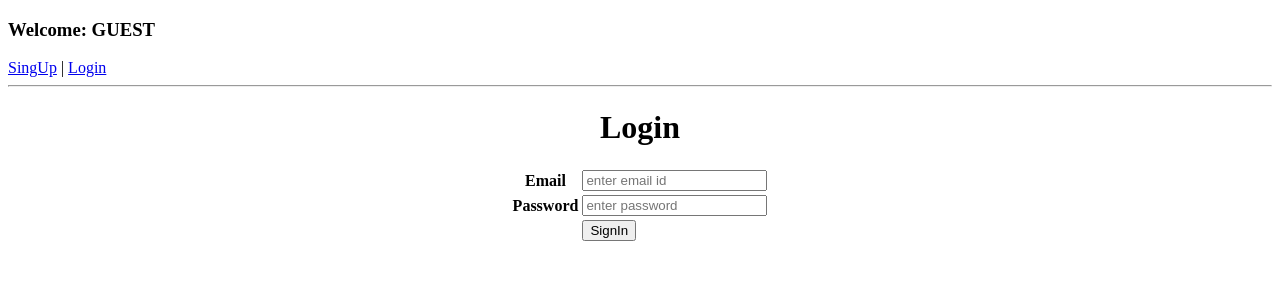
Repository: shadkhan8815/Advance-java
Page: http://localhost/Web-Project/LoginView.jsp
The author's editor kept a copy of each file at every save. The page is drawn from the files as they stood at one save, then again after the next save.
The browser window is 1280 px wide. The pictures show the whole page.
The page is served by Tomcat 9. Other server files are loaded and not shown.

Above is the page before, as saved 2025-04-24 10:12:40.

### Web-Project/WebContent/LoginView.jsp
<%@ page language="java" contentType="text/html; charset=ISO-8859-1"
	pageEncoding="ISO-8859-1"%>
<!DOCTYPE html>
<html>
<head>
<meta charset="ISO-8859-1">
<title>Insert title here</title>
</head>
<body>
	<%@ include file="Header.jsp"%>
	<h1 align="center">Login</h1>

	<%
		String msg = (String) request.getAttribute("msg");
	%>
	<%
		if (msg != null) {
	%>
	<h3 align="center"><%=msg%></h3>
	<%
		}
	%>
	<form action="LoginCtl" method="post">
		<center>
			<table>
				<tr>
					<th>Email</th>
					<td><input type="email" name="loginId"
						placeholder="enter email id"></td>
				</tr>
				<tr>
					<th>Password</th>
					<td><input type="password" name="password"
						placeholder="enter password"></td>
				</tr>
				<tr>
					<th></th>
					<td><input type="submit" value="SignIn" name="operation"></td>
				</tr>
			</table>
		</center>

	</form>

</body>
</html>

### Web-Project/WebContent/Header.jsp
<%@page import="com.rays.bean.UserBean"%>
<%@ page language="java" contentType="text/html; charset=ISO-8859-1"
	pageEncoding="ISO-8859-1"%>
<!DOCTYPE html>
<html>
<head>
<meta charset="ISO-8859-1">
<title>Insert title here</title>
</head>
<body>
	<%
		UserBean user = (UserBean) session.getAttribute("user");
	%>
	<%
		if (user != null) {
	%>
	<h3><%="Welcome: " + user.getFirstName()%></h3>
	<a href="#"> ADD USER</a> ||
	<a href="#"> USER LIST</a> ||
	<a href="LoginCtl ? operation = logout">LOGOUT</a>
	<%
		} else {
	%>
	<h3>Welcome: GUEST</h3>
	<a href="UserRegistrationCtl">SingUp</a> |
	<a href="LoginCtl">Login</a>
	<%
		}
	%>
	<hr>
</body>
</html>

After the next save:
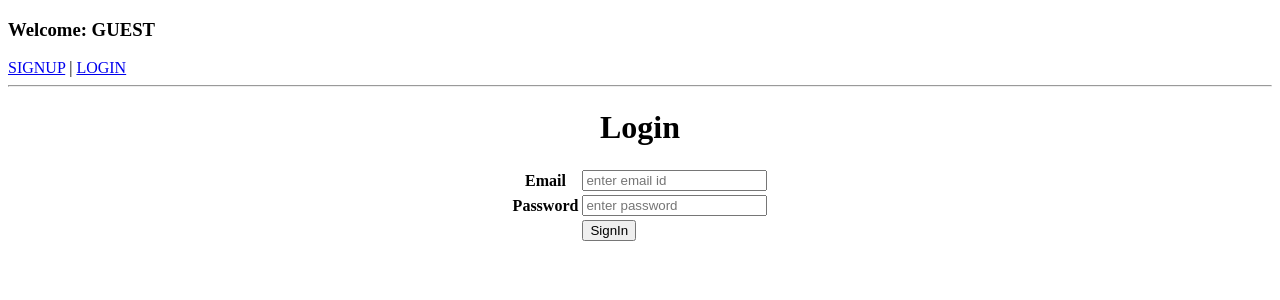
Saved 4 min 42 s later.
--- a/Web-Project/WebContent/Header.jsp
+++ b/Web-Project/WebContent/Header.jsp
@@ -14,16 +14,16 @@
 	<%
 		if (user != null) {
 	%>
-	<h3><%="Welcome: " + user.getFirstName()%></h3>
+	<h3><%="Welcome:" + user.getFirstName()%></h3>
 	<a href="#"> ADD USER</a> ||
 	<a href="#"> USER LIST</a> ||
-	<a href="LoginCtl ? operation = logout">LOGOUT</a>
+	<a href="LoginCtl?operation=logout">LOGOUT</a>
 	<%
 		} else {
 	%>
 	<h3>Welcome: GUEST</h3>
-	<a href="UserRegistrationCtl">SingUp</a> |
-	<a href="LoginCtl">Login</a>
+	<a href="UserRegistrationCtl">SIGNUP</a> |
+	<a href="LoginCtl">LOGIN</a>
 	<%
 		}
 	%>
